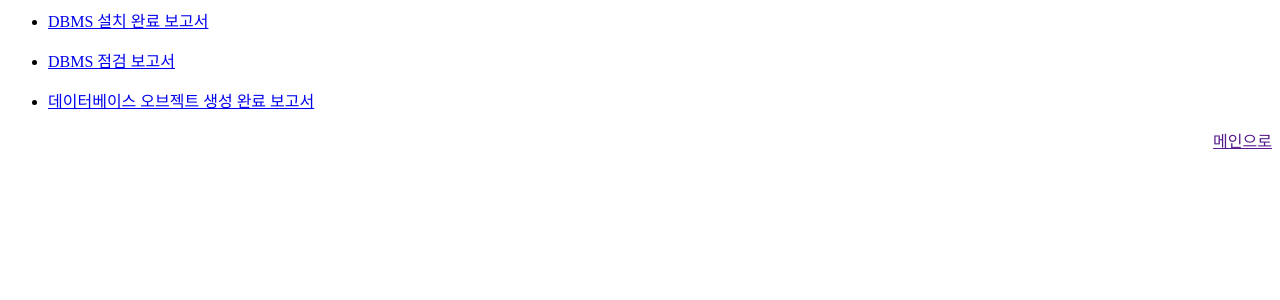
Repository: hololollo/database
Page: http://localhost/test01/menu.jsp
These files come from the project's save history. The page is drawn as it stood at one moment and after the next save; the edit follows.
The browser window is 1280 px wide. The pictures show the whole page.
The page is served by Tomcat 9. Other server files are loaded and not shown.

Above is the page before, as saved 2024-03-29 07:41:31.

### test01/WebContent/menu.jsp
<%@ page language="java" contentType="text/html; charset=UTF-8"
    pageEncoding="UTF-8"%>
<nav id="gnb">
	<ul>
		<li><a href="report.html">DBMS 설치 완료 보고서</a></li>
	</ul>
		<ul>
		<li><a href="report2.html">DBMS 점검 보고서</a></li>
	</ul>
	<ul>
		<li><a href="report3.html">데이터베이스 오브젝트 생성 완료 보고서</a></li>
	</ul>
</nav>
<nav id="tnb" style="float:right;">
	<a href=""index.jsp">메인으로</a>
</nav>

After the next save:
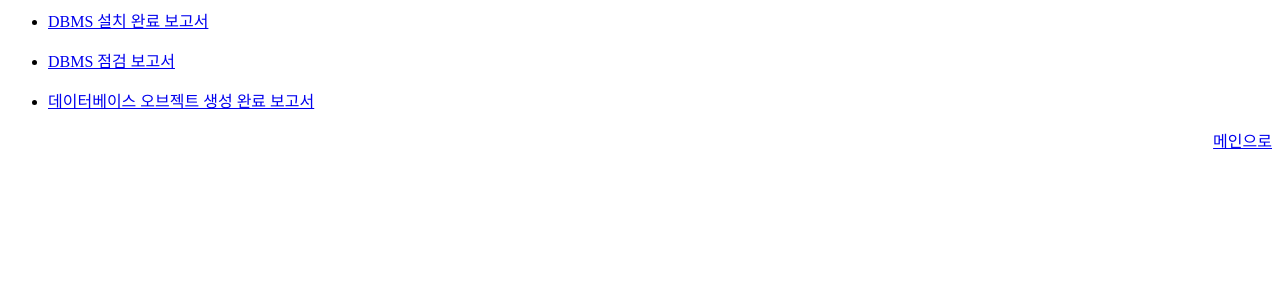
Saved 97 s later.
--- a/test01/WebContent/menu.jsp
+++ b/test01/WebContent/menu.jsp
@@ -12,5 +12,5 @@
 	</ul>
 </nav>
 <nav id="tnb" style="float:right;">
-	<a href=""index.jsp">메인으로</a>
+	<a href="index.jsp">메인으로</a>
 </nav>
